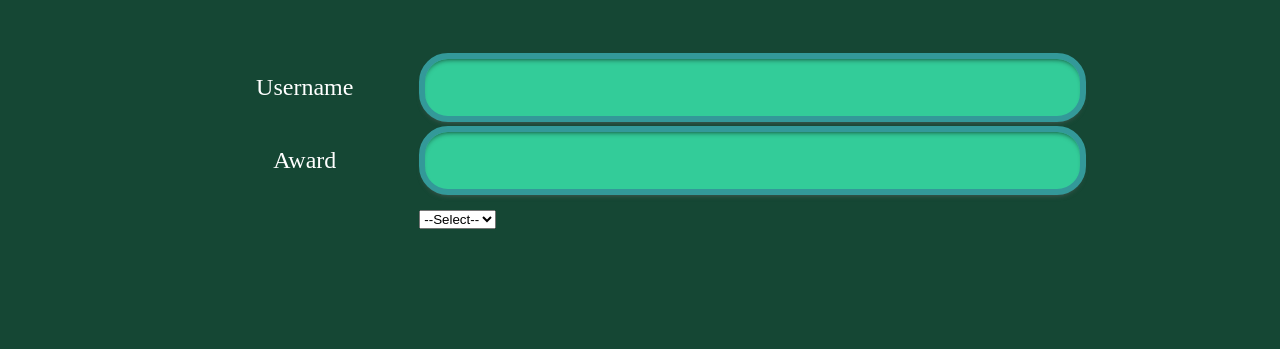
Repository: prajaktamore/Web-Based-Programming-3
Page: http://localhost/BinaryCalculator/changeAwardWinners.jsp
An editor plug-in stored every save of this project. The page is shown before and after the next save, followed by the edit.
The browser window is 1280 px wide. The pictures show the whole page.
The page is served by Tomcat 9.

Above is the page before, as saved 2014-05-02 02:44:08.

After the next save:
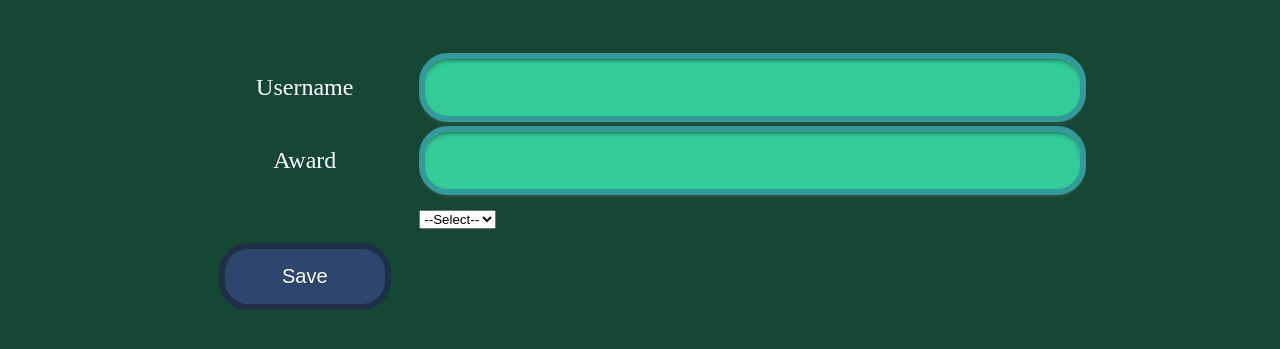
Saved 60 s later.
--- a/BinaryCalculator/WebContent/changeAwardWinners.jsp
+++ b/BinaryCalculator/WebContent/changeAwardWinners.jsp
@@ -35,6 +35,9 @@
 					    </select>
 					    </td>
  					</tr>
+ 					<tr>
+						<td align="center"><input type="submit" name="Save" value="Save" style="background-color: #2e466e; color: #ffff; border-radius: 10px;border:6px solid #1f2f47;border-radius:29px;padding:16px 57px;text-shadow:0px 1px 0px #263666;font-size:20px;">
+					</tr>
 </table>
 </form>
 </body>
